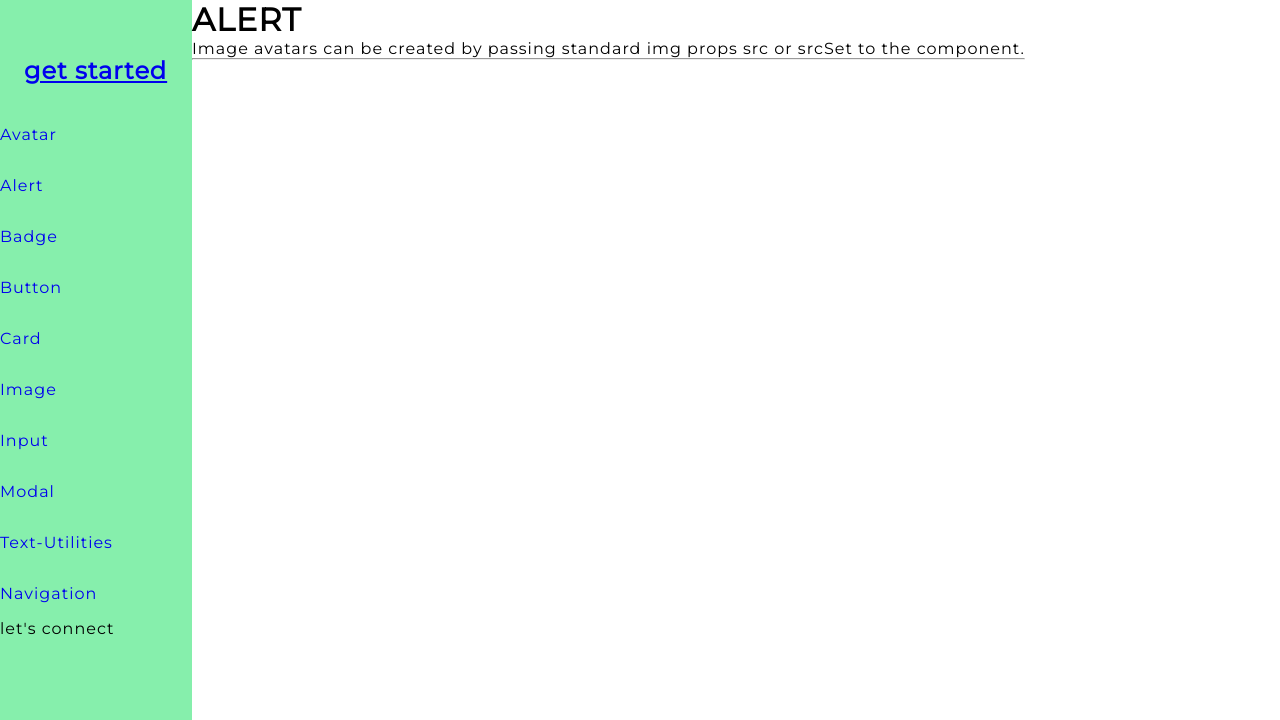
Repository: Anasooya2601/Components_UI
Page: components/Alert/Alert.html
An editor plug-in stored every save of this project. The page is shown before and after the next save, followed by the edit.
The browser window is 1280 px wide. The pictures show the whole page.

Above is the page before, as saved 2022-02-12 10:13:37.
Not found: components/
Not found: components/Avatar/index.css

### components/Alert/Alert.html
<!DOCTYPE html>
<html lang="en">
<head>
    <meta charset="UTF-8">
    <meta http-equiv="X-UA-Compatible" content="IE=edge">
    <meta name="viewport" content="width=device-width, initial-scale=1.0">
    <title>Alert</title>
    <link rel="stylesheet" href="/main/main.css">
    <link rel="stylesheet" href="../comp.css">
</head>
<body><!-- main -->
    <div class="main-container">
        <div class="navbar-wrapper">

            <div class="nav">
                <div class="navbar-header">
                <div class="logo">
                    <a href="/index.html"></a>
                 </div>
                </div>
            </div>

        <!-- topics -->
        <a href="/main/main.html" class="text">get started</a>
        <div class="navbar-main">
            <a href="/components/Avatar/index.html">Avatar</a>
            <a href="/components/Alert/alert.html">Alert</a>
            <a href="/components/Badge/badge.html">Badge</a>
            <a href="/components/Button/button.html">Button</a>
             <a href="/components/Card/card.html">Card</a>
             <a href="/components/Image/image.html">Image</a>
             <a href="/components/Input/input.html">Input</a>
            <a href="/components/Modal/modal">Modal</a>
            <a href="/components//TextUtilities/textutilities">Text-Utilities</a>
            <a href="/components/Navigation/navigation">Navigation</a>
        </div>
        <!-- footer -->
        <div class="footer">
            <div class="footer-text">
                <p>let's connect</p>
            </div>
        </div>
        </div>


    <div class="header">
        <div class="section-header">
            <div>
                <h1 class="text-header">ALERT</h1>
                    <p class="para">
                        Image avatars can be created by passing standard img props src or srcSet to the component.
                    </p>
              <hr>

            </div>
        </div>

    </div>
</div>
</body>
</html>

### main/main.css
@import url('https://fonts.googleapis.com/css2?family=Montserrat&display=swap');
*{
    margin: 0;
    padding: 0;
    box-sizing: border-box;
}

body{
    letter-spacing: 1px;
}

/* color variable */
:root{
    font-family: 'Montserrat', sans-serif;
    font-weight: 400;
    --main-color:#fca5a5;
    --green:#86efac;
}

/* logo */
.logo{
    display: flex;
    justify-content: center;
}

.logo a{
    color: var(--main-color);
    font-size: 2.5rem;
    display: flex;
    align-items: flex-end;
}




.main-container{
    display: flex;
}

.text{
    font-size: 1.5rem;
    margin: 1.5rem;
    font-weight: bold;
}
/* navbar */
.navbar-wrapper{
    width: 15%;
    height: 100vh;
    font-size: 1rem;
    flex-direction: column;
    overflow-y: scroll;
display: flex;
flex-shrink: 0;
background-color: var(--green);
}
.nav{
    display: flex;
    flex-direction: column;
}
.navbar-main{
    display: flex;
    flex-direction: column;
}
.navbar-main a{
  border-radius: 40px;
  padding: 1rem 0rem 1rem 0rem;
  letter-spacing: 1px;
  transition: 0.3s all ease-in-out;
  text-decoration: none;
}
.navbar-header{
    border-bottom: var(--main-color);
    padding: 1rem;
}

### components/comp.css
@import "./Alert/alert.css";
@import "./Avatar/index.css";
@import "./Button/button.css";
@import "../main/main.css";
@import"./";
@import"./";
@import"./";
@import"";
@import"";

### components/Button/button.css
@import url('https://fonts.googleapis.com/css2?family=Montserrat:ital@1&family=Roboto:ital,wght@0,400;1,300&family=Space+Grotesk:wght@700&display=swap');
.main-text{
    margin: 2rem 0;
}

.btn-container{
display: flex;
flex-wrap: wrap;
margin-top: 1.5rem;
gap: 1rem;
align-items: center;


}

.btn {
border:none;
background-color: none;
outline: none;
padding: 0.5rem 1rem;
border: 5px;
border-radius: 5px;
font-size: 1.1rem;
cursor: pointer;
color: #0e9aeb;
font-family: 'Gill Sans', 'Gill Sans MT', Calibri, 'Trebuchet MS', sans-serif;
}

.primary{
    background-color:#fbbf24 ;

}
.secondary{
    background-color: #fca5a5;
}
.danger{
    background-color: #bef264;
}
.success{
    background-color: #0369a1;
}
.warning{
    background-color: #ded48f;
}

/* outlined-button */
.outlined-sub{
    margin-top: 1.5rem;
}
.outlined-btn{
border-radius: 8px;
font-size: 1.1rem;
letter-spacing: 1px;
color:#0369a1;
background-color: white;
cursor: pointer;
padding: 0.5rem;
gap: 1rem;
}
.outlined-primary{
    border: 0.5px solid #0369a1;
}
.outlined-secondary{
    border: 0.5px solid #0369a1;
}
.outlined-warning{
    border: 0.5px solid #0369a1;
}
.outlined-attention{
    border: 0.5px solid #0369a1;
}
.btn-icon{
background-color: white;
cursor: pointer;
}
/* icon-btn */


/* floating-btn */
.btn-float{
    color: white;
    background-color: #0e9aeb;
    padding: 0.6rem 1rem;
    box-shadow: #ded48f 0px 8px 16px;
}

Loaded but not shown: components/Alert/Alert.css (no stored copy; drawn as an empty file)

After the next save:
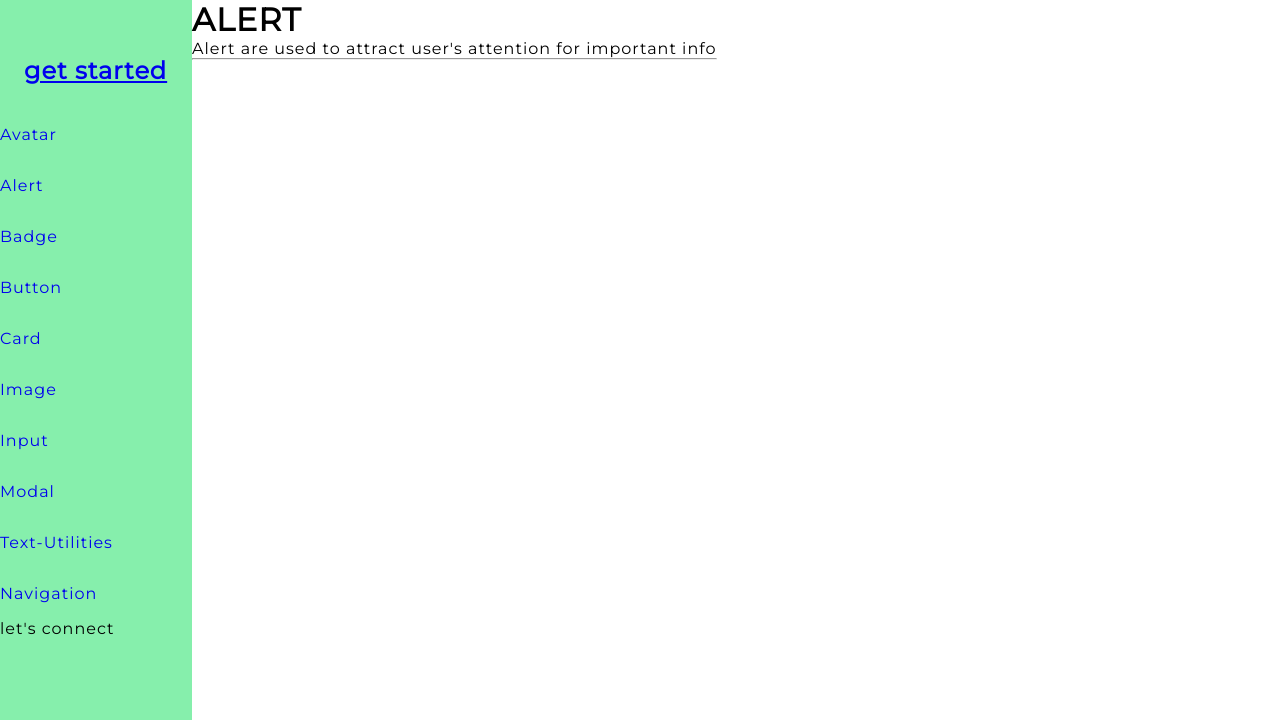
Saved 4 min 16 s later.
--- a/components/Alert/Alert.html
+++ b/components/Alert/Alert.html
@@ -48,7 +48,7 @@
             <div>
                 <h1 class="text-header">ALERT</h1>
                     <p class="para">
-                        Image avatars can be created by passing standard img props src or srcSet to the component.
+                       Alert are used to attract user's attention for important info
                     </p>
               <hr>
 
